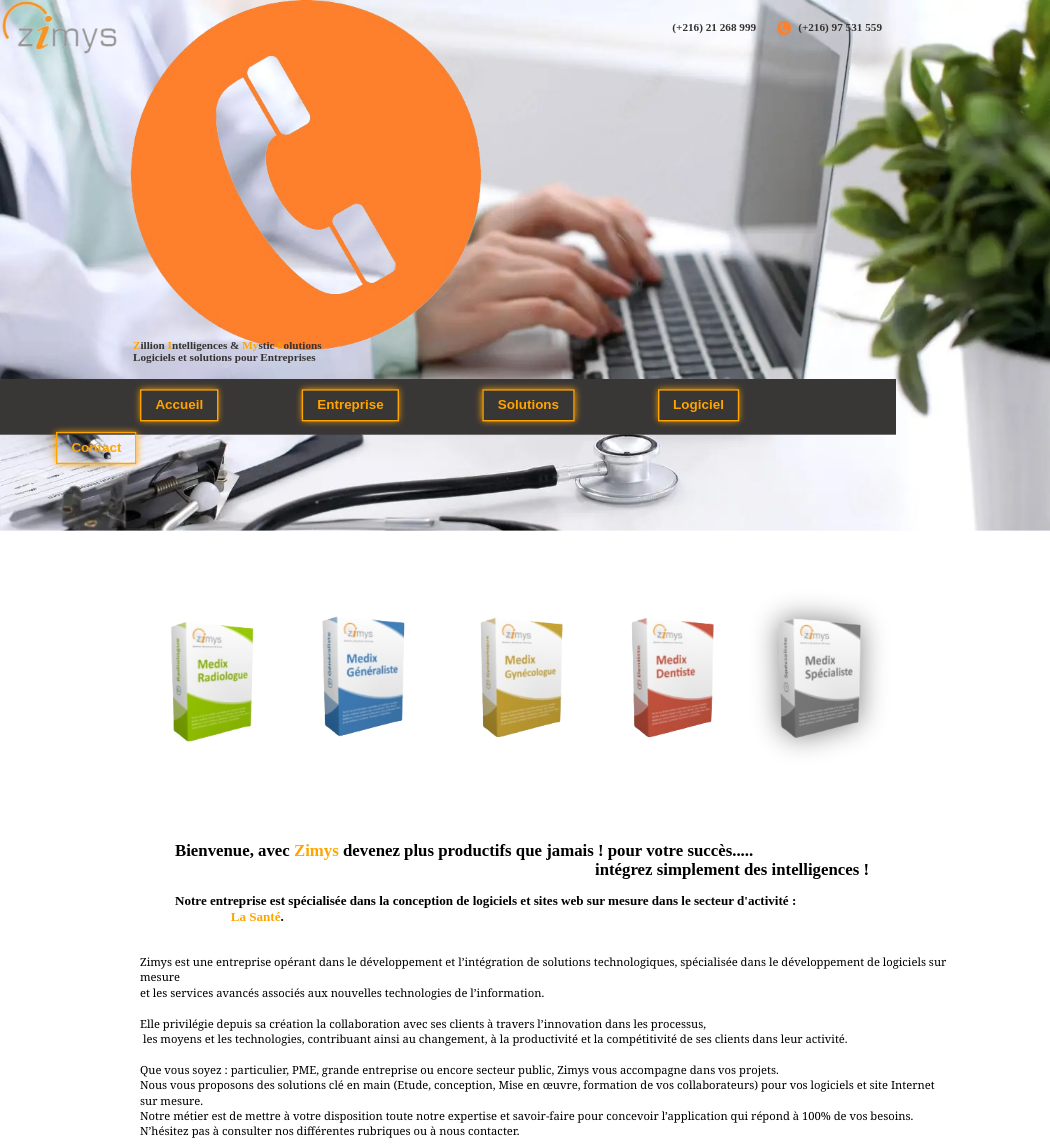
Repository: Houda228-sys/Zimys_Company
Page: index.html
These files come from the project's save history. The page is drawn as it stood at one moment and after the next save; the edit follows.
The browser window is 1280 px wide. The page is 1500 px wide, so the pictures cover 1500 px, including what lies to the right of the window. The pictures show the part of the page from y = 0 to 1640 px (the page is 6621 px tall), at 70% of full size.

Above is the page before, as saved 2025-06-06 22:10:33.

After the next save:
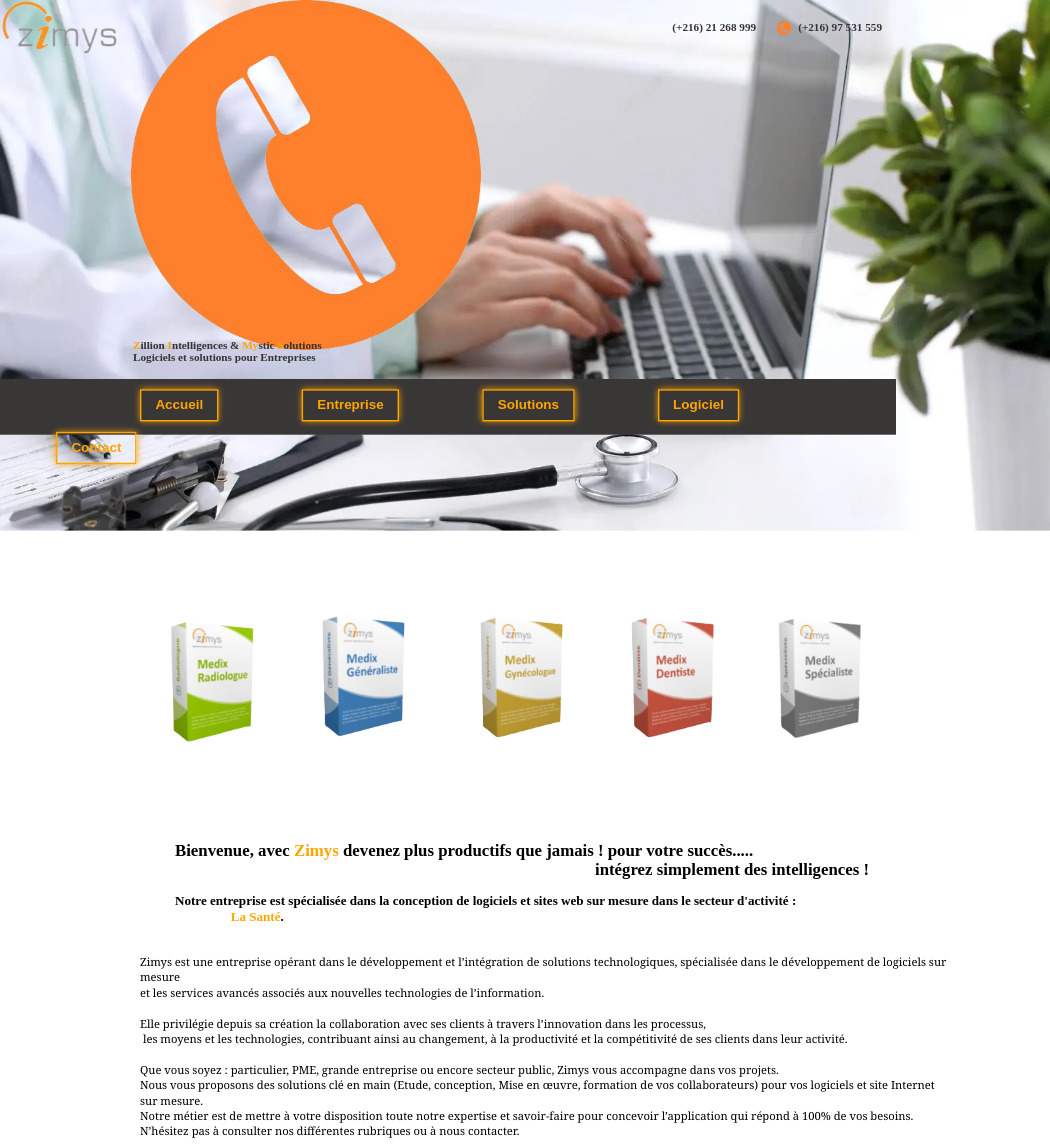
Saved 4 s later.
--- a/index.html
+++ b/index.html
@@ -59,7 +59,7 @@
             </div>
         </div>
         <div class="tst5">
-            <img src="00000.png" class="zero">
+            <img src="public/00000.png" class="zero">
             <div class="imag5">
                 <img src="011111.png" class="petit">
                 <h4 class="petit51">Medix Radiologue</h4>
